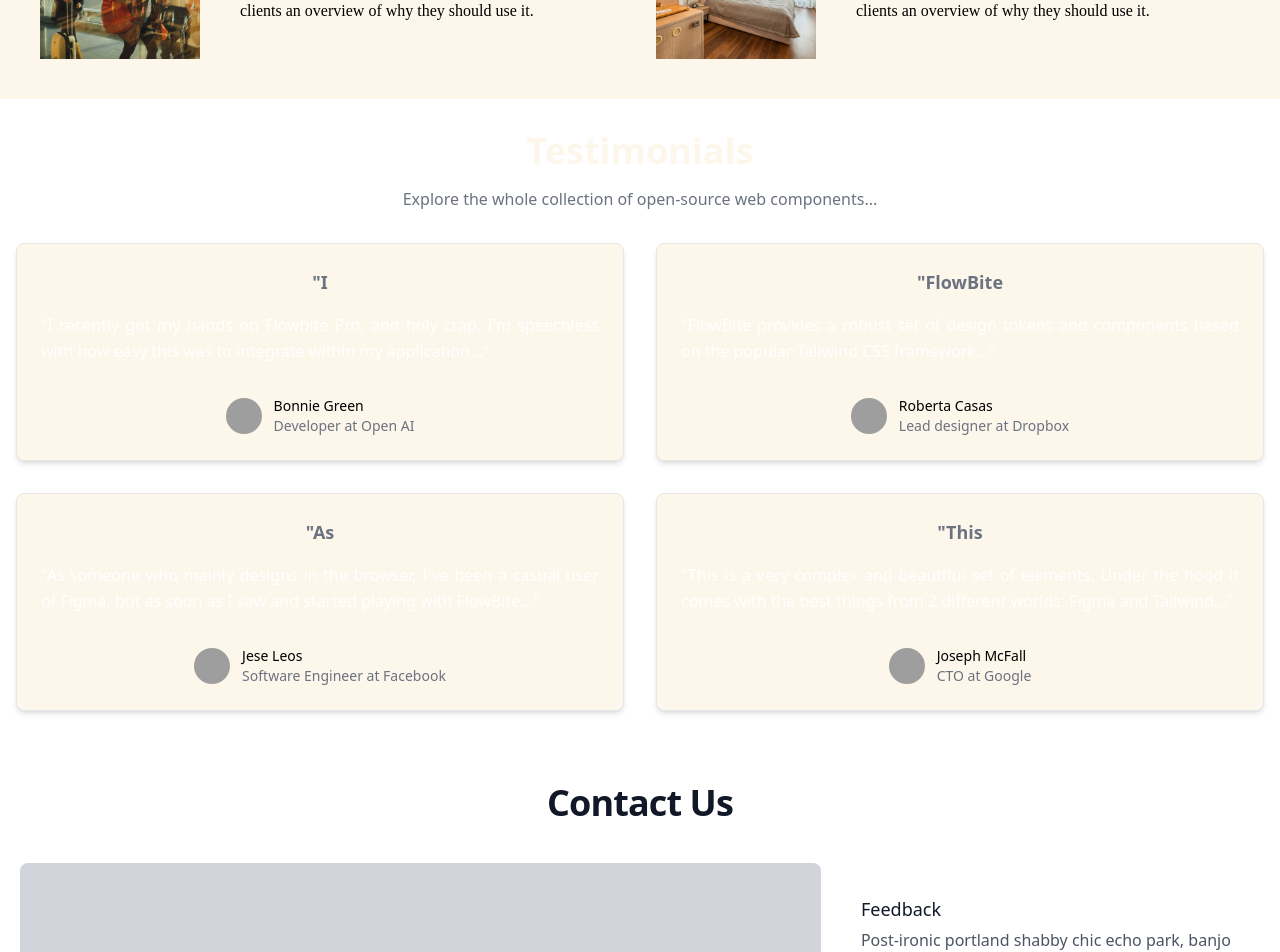
Repository: prabeshsitaula07/greatnepalholidays
Page: / (app in frontend/)
The author's editor kept a copy of each file at every save. The page is drawn from the files as they stood at one save, then again after the next save.
The browser window is 1280 px wide. The pictures show the part of the page from y = 3601 to 4553 px (the page is 7245 px tall).
Pictures or frames that could not be fetched are drawn as grey boxes. Some web fonts or font styles are not loaded; a fallback is used. The project was rebuilt for these pictures with package versions that can differ from the ones it lists, and the page was loaded fresh each time. Also part of the build but not shown: frontend/vite.config.ts. Imported but missing from the stored project, and not drawn on this page: frontend/src/assets/bgvideo.mp4.

Above is the page before, as saved 2024-11-23 11:26:53.

### frontend/index.html
<!doctype html>
<html lang="en">
  <head>
    <meta charset="UTF-8" />
    <link rel="icon" type="image/svg+xml" href="/icon.png" />
    <meta name="viewport" content="width=device-width, initial-scale=1.0" />
    <title>Vite + React + TS</title>
  </head>
  <body>
    <div id="root"></div>
    <script type="module" src="/src/main.tsx"></script>
  </body>
</html>

### frontend/src/index.css
@import url('https://fonts.googleapis.com/css2?family=Arima:wght@100..700&family=Parkinsans:wght@300..800&display=swap');

@tailwind base;
@tailwind components;
@tailwind utilities;

### frontend/src/App.tsx
import { BrowserRouter as Router, Routes, Route } from 'react-router-dom';
import Navbar from "./components/Navbar/Navbar";
import Home from "./components/Home/Home";
// import About from "./components/About/About"; // Example of another page
import Footer from "./components/Footer/Footer"; // Assuming you have a Footer component

export default function App() {
  return (
    <Router>
      <Navbar />  {/* Navbar is always visible */}
      <Routes>
        <Route path="/" element={<Home />} />
      </Routes>
      <Footer />
    </Router>
  );
}

### frontend/src/components/Navbar/Navbar.tsx
import { Link } from 'react-router-dom';
import { useState, useEffect } from 'react';
import { FaPhone, FaEnvelope } from 'react-icons/fa';
import logo1 from '../../assets/logo1.png';
import logo2 from '../../assets/logo2.png';

export default function Navbar() {
    const [isScrolled, setIsScrolled] = useState(false);

    // Detect scroll and update navbar background and position
    useEffect(() => {
        const handleScroll = () => {
            if (window.scrollY > 50) {
                setIsScrolled(true);  // Fix the navbar to the top when scrolled past 50px
            } else {
                setIsScrolled(false); // Keep the navbar in normal flow when at the top
            }
        };

        window.addEventListener('scroll', handleScroll);

        // Clean up the event listener on component unmount
        return () => {
            window.removeEventListener('scroll', handleScroll);
        };
    }, []);

    return (
        <>
            <div className='w-full bg-darktheme flex gap-10 px-10 py-2'>
                <span className='text-white flex items-center'>
                    <FaPhone className="mr-2" /> 0988848484
                </span>
                <span className='text-white flex items-center'>
                    <FaEnvelope className="mr-2" /> xyz@gmail.com
                </span>
            </div>

            <header
                className={`text-black body-font w-full z-20 transition-all duration-300 ${isScrolled ? 'fixed top-0 bg-white shadow-md' : 'bg-[#2f3c5ae8] text-white'}`}
            >

                <div className="container mx-auto flex flex-wrap p-5 flex-col md:flex-row items-center">
                    <div className="flex title-font font-medium items-center mb-4 md:mb-0 gap-10">
                        <Link to='/'>
                            <img src={logo1} alt="" className='h-14 w-auto' />
                        </Link>
                        <Link to='/'>
                            <img src={logo2} alt="" className='h-14 w-auto' />
                        </Link>
                    </div>
                    <nav className="md:ml-auto flex flex-wrap items-center justify-center text-lg">
                        <Link to='' className="mr-5 hover:text-orange">Home</Link>
                        <Link to='' className="mr-5 hover:text-orange">About Us</Link>
                        <Link to='' className="mr-5 hover:text-orange">Services</Link>
                        <Link to='' className="mr-5 hover:text-orange">Packages</Link>
                        <Link to='' className="mr-5 hover:text-orange">Activities</Link>
                        <Link to='' className="mr-5 hover:text-orange">Blogs</Link>
                    </nav>
                    <button className="inline-flex items-center text-primary bg-darkorange border border-darkorange py-1 px-3 focus:outline-none hover:bg-primary text-lg hover:text-darkorange rounded mt-4 md:mt-0">
                        Download Visa CheckList
                    </button>
                </div>
            </header>
        </>
    );
}

### frontend/src/components/Home/Home.tsx
import bgvideo from '../../assets/bgvideo.mp4';
import Contact from "../Contact/Contact";
import Gallery from "../AboutUs/Gallery";
import InternationalPackage from "../Package/InternationalPackage";
import NepalPackage from "../Package/NepalPackage";
import TripHandling from '../Services/TripHandling';
import Team from "../Team/Team";
import Testimonial from "../Testimonial/Testimonial";
import Activities from '../Package/Activities';

export default function Home() {
  return (
    <>
      <div className="relative w-full h-screen">
      {/* Video Background */}
      <video
        autoPlay
        loop
        muted
        className="absolute inset-0 w-full h-full object-cover"
      >
        <source
          src={bgvideo}
          type="video/mp4"
        />
        Your browser does not support the video tag.
      </video>

      {/* Dark Overlay */}
      <div
        className="absolute inset-0 bg-black opacity-50"
        style={{ backgroundColor: 'rgba(0, 0, 0, 0.5)' }} // Adjust opacity for darkness
      ></div>

      {/* Content over the video */}
      <div className="relative z-10 flex items-center justify-center w-full h-full">
        <h1 className="text-white text-6xl font-bold">Welcome to My Website</h1>
      </div>
    </div>
      <Activities />
      <div className='bg-primary'>
      <InternationalPackage />
      </div>
      <NepalPackage />
      <TripHandling />
      <Testimonial />
      <Contact />
      <Team />
      <Gallery />

    </>
  )
}

### frontend/src/components/AboutUs/Gallery.tsx
export default function Gallery() {
  return (
 <>
 <section className="text-gray-600 body-font">
 <h2 className="mt-10 text-4xl tracking-tight font-extrabold text-gray-900 dark:text-black text-center">Gallery</h2>
  <div className="container px-5 py-24 mx-auto flex flex-wrap">
    <div className="flex w-full mb-20 flex-wrap">
      <h1 className="sm:text-3xl text-2xl font-medium title-font text-gray-900 lg:w-1/3 lg:mb-0 mb-4">Master Cleanse Reliac Heirloom</h1>
      <p className="lg:pl-6 lg:w-2/3 mx-auto leading-relaxed text-base">Whatever cardigan tote bag tumblr hexagon brooklyn asymmetrical gentrify, subway tile poke farm-to-table. Franzen you probably haven't heard of them man bun deep jianbing selfies heirloom.</p>
    </div>
    <div className="flex flex-wrap md:-m-2 -m-1">
      <div className="flex flex-wrap w-1/2">
        <div className="md:p-2 p-1 w-1/2">
          <img alt="gallery" className="w-full object-cover h-full object-center block" src="https://dummyimage.com/500x300" />
        </div>
        <div className="md:p-2 p-1 w-1/2">
          <img alt="gallery" className="w-full object-cover h-full object-center block" src="https://dummyimage.com/501x301" />
        </div>
        <div className="md:p-2 p-1 w-full">
          <img alt="gallery" className="w-full h-full object-cover object-center block" src="https://dummyimage.com/600x360" />
        </div>
      </div>
      <div className="flex flex-wrap w-1/2">
        <div className="md:p-2 p-1 w-full">
          <img alt="gallery" className="w-full h-full object-cover object-center block" src="https://dummyimage.com/601x361" />
        </div>
        <div className="md:p-2 p-1 w-1/2">
          <img alt="gallery" className="w-full object-cover h-full object-center block" src="https://dummyimage.com/502x302" />
        </div>
        <div className="md:p-2 p-1 w-1/2">
          <img alt="gallery" className="w-full object-cover h-full object-center block" src="https://dummyimage.com/503x303" />
        </div>
      </div>
    </div>
  </div>
</section>
 </>
  )
}

### frontend/src/components/Package/InternationalPackage.tsx
export default function InternationalPackage() {
  const packages = [
    { imgSrc: "https://cdn.pixabay.com/photo/2015/10/06/18/26/eiffel-tower-975004_1280.jpg", category: "CATEGORY", title: "Paris", price: "$16.00" },
    { imgSrc: "https://cdn.pixabay.com/photo/2019/04/09/05/36/england-4113666_1280.jpg", category: "CATEGORY", title: "England", price: "$21.15" },
    { imgSrc: "https://cdn.pixabay.com/photo/2023/11/16/05/02/mountains-8391433_640.jpg", category: "CATEGORY", title: "Switzerland", price: "$12.00" },
    { imgSrc: "https://cdn.pixabay.com/photo/2020/06/13/17/58/mount-everest-5295184_640.jpg", category: "CATEGORY", title: "Mt Everest", price: "$21.15" },
    { imgSrc: "https://cdn.pixabay.com/photo/2020/08/10/01/28/castle-5476737_640.jpg", category: "CATEGORY", title: "Japan", price: "$18.40" },
    { imgSrc: "https://cdn.pixabay.com/photo/2023/10/18/00/59/mountain-8322610_640.jpg", category: "CATEGORY", title: "USA", price: "$16.00" },
  ];

  return (
    <section className="text-gray-600 body-font bg-transparent">
      <h2 className="pt-10 text-4xl tracking-tight font-extrabold text-gray-900 dark:text-black text-center">
        Best Selling International Packages
      </h2>
      <h4 className="text-center text-xl text-darkorange font-semibold mt-2">
        Enjoy the exclusive package tours with us.
      </h4>
      <div className="container px-5 py-10 mx-auto">
        <div className="grid gap-6 sm:grid-cols-1 md:grid-cols-2 lg:grid-cols-3">
          {packages.map((pkg, index) => (
            <div
              key={index}
              className="hover:cursor-pointer transform transition duration-300 ease-in-out hover:scale-105 hover:shadow-lg"
            >
              <a className="block relative h-80 overflow-hidden">
                <img
                  alt={pkg.title}
                  className="object-cover object-center w-full h-full block"
                  src={pkg.imgSrc}
                />
              </a>
              <div className="p-4 border border-darkorange">
                <h3 className="text-gray-500 text-xs tracking-widest title-font mb-1">
                  {pkg.category}
                </h3>
                <h2 className="text-gray-900 title-font text-lg font-medium">
                  {pkg.title}
                </h2>
                <p className="mt-1 text-darkorange">{pkg.price}</p>
              </div>
            </div>
          ))}
        </div>
      </div>
    </section>
  );
}

### frontend/src/components/Package/NepalPackage.tsx
export default function NepalPackage() {
  const packages = [
    { imgSrc: "https://cdn.pixabay.com/photo/2015/10/06/18/26/eiffel-tower-975004_1280.jpg", category: "CATEGORY", title: "Paris", price: "$16.00" },
    { imgSrc: "https://cdn.pixabay.com/photo/2019/04/09/05/36/england-4113666_1280.jpg", category: "CATEGORY", title: "England", price: "$21.15" },
    { imgSrc: "https://cdn.pixabay.com/photo/2023/11/16/05/02/mountains-8391433_640.jpg", category: "CATEGORY", title: "Switzerland", price: "$12.00" },
  ];

  return (
    <section className="text-gray-600 body-font">
      <h2 className="pt-10 text-4xl tracking-tight font-extrabold text-gray-900 dark:text-black text-center">
        Best Selling Nepal Packages
      </h2>
      <h4 className="text-center text-xl text-darkorange font-semibold mt-2">
        Enjoy the exclusive package tours with us.
      </h4>
      <div className="container px-5 py-10 mx-auto">
        <div className="grid gap-6 sm:grid-cols-1 md:grid-cols-2 lg:grid-cols-3">
          {packages.map((pkg, index) => (
            <div
              key={index}
              className="hover:cursor-pointer transform transition duration-300 ease-in-out hover:scale-105 hover:shadow-lg"
            >
              <a className="block relative h-80 overflow-hidden">
                <img
                  alt={pkg.title}
                  className="object-cover object-center w-full h-full block"
                  src={pkg.imgSrc}
                />
              </a>
              <div className="p-4 border">
                <h3 className="text-gray-500 text-xs tracking-widest title-font mb-1">
                  {pkg.category}
                </h3>
                <h2 className="text-gray-900 title-font text-lg font-medium">
                  {pkg.title}
                </h2>
                <p className="mt-1 text-darkorange">{pkg.price}</p>
              </div>
            </div>
          ))}
        </div>
      </div>
    </section>
  );
}

### frontend/src/components/Services/TripHandling.tsx
import img2 from '../../assets/2.png';
import img3 from '../../assets/3.png';
import img4 from '../../assets/4.png';

export default function TripHandling() {
    const services = [
      { title: "Flight Booking", imgSrc: img2, description: "Share your service offerings here. Give your prospective clients an overview of why they should use it." },
      { title: "Hotel Booking", imgSrc: img2, description: "Share your service offerings here. Give your prospective clients an overview of why they should use it." },
      { title: "Car Rental", imgSrc: img3, description: "Share your service offerings here. Give your prospective clients an overview of why they should use it." },
      { title: "Tour Packages", imgSrc: img4, description: "Share your service offerings here. Give your prospective clients an overview of why they should use it." },
    ];

    return (
      <div className="bg-primary h-fit flex justify-center flex-col items-center p-10">
          <h2 className="mb-10 text-4xl tracking-tight font-extrabold text-darkorange text-center font-parkinsans">We Will Handle Trip For You</h2>
          <div className="grid grid-cols-2 gap-8">
              {services.map((service, index) => (
                <div key={index} className="flex gap-10 items-center">
                  <img className="h-40 w-40" src={service.imgSrc} alt={service.title} />
                  <div>
                      <h3 className="font-semibold pb-2 text-2xl text-black">{service.title}</h3>
                      <p className="font-parkinsans text-black">{service.description}</p>
                  </div>
                </div>
              ))}
          </div>
      </div>
    );
  }

### frontend/src/components/Testimonial/Testimonial.tsx
export default function Testimonial() {
    const testimonials = [
      {
        name: "Bonnie Green",
        title: "Developer at Open AI",
        image: "https://flowbite.s3.amazonaws.com/blocks/marketing-ui/avatars/karen-nelson.png",
        quote: `"I recently got my hands on Flowbite Pro, and holy crap, I'm speechless with how easy this was to integrate within my application..."`,
      },
      {
        name: "Roberta Casas",
        title: "Lead designer at Dropbox",
        image: "https://flowbite.s3.amazonaws.com/blocks/marketing-ui/avatars/roberta-casas.png",
        quote: `"FlowBite provides a robust set of design tokens and components based on the popular Tailwind CSS framework..."`,
      },
      {
        name: "Jese Leos",
        title: "Software Engineer at Facebook",
        image: "https://flowbite.s3.amazonaws.com/blocks/marketing-ui/avatars/jese-leos.png",
        quote: `"As someone who mainly designs in the browser, I've been a casual user of Figma, but as soon as I saw and started playing with FlowBite..."`,
      },
      {
        name: "Joseph McFall",
        title: "CTO at Google",
        image: "https://flowbite.s3.amazonaws.com/blocks/marketing-ui/avatars/joseph-mcfall.png",
        quote: `"This is a very complex and beautiful set of elements. Under the hood it comes with the best things from 2 different worlds: Figma and Tailwind..."`,
      },
    ];

    return (
      <section className="bg-white py-8 px-4 m-auto max-w-screen-xl text-center">
        <h2 className="mb-4 text-4xl font-extrabold text-primary dark:text-black">Testimonials</h2>
        <p className="mb-8 text-gray-500 dark:text-gray-400">Explore the whole collection of open-source web components...</p>
        <div className="grid gap-8 lg:grid-cols-2">
          {testimonials.map(({ name, title, image, quote }, index) => (
            <div
              key={index}
              className="flex flex-col justify-between items-center p-6 border rounded-lg shadow-md bg-primary border- dark:shadow-lg"
            >
              <blockquote className="mb-4 text-gray-500 dark:text-gray-400">
                <h3 className="text-lg font-semibold dark:text-primary">{quote.split(" ")[0]}</h3>
                <p className="my-4 text-justify leading-relaxed text-white">{quote}</p>
              </blockquote>
              <figcaption className="flex justify-center items-center space-x-3">
                <img className="w-9 h-9 rounded-full" src={image} alt={`${name} profile`} />
                <div className="text-left text-sm font-light dark:text-white">
                  <div>{name}</div>
                  <div className="text-sm text-gray-500 dark:text-gray-400">{title}</div>
                </div>
              </figcaption>
            </div>
          ))}
        </div>
      </section>
    );
  }

### frontend/src/components/Package/Activities.tsx
export default function Activities() {
    const packages = [
      { imgSrc: "https://cdn.pixabay.com/photo/2015/10/06/18/26/eiffel-tower-975004_1280.jpg", category: "CATEGORY", title: "Paris", price: "$16.00" },
      { imgSrc: "https://cdn.pixabay.com/photo/2019/04/09/05/36/england-4113666_1280.jpg", category: "CATEGORY", title: "England", price: "$21.15" },
      { imgSrc: "https://cdn.pixabay.com/photo/2023/11/16/05/02/mountains-8391433_640.jpg", category: "CATEGORY", title: "Switzerland", price: "$12.00" },
    ];

    return (
      <section className="text-gray-600 body-font">
        <h2 className="pt-10 text-4xl tracking-tight font-extrabold text-gray-900 dark:text-black text-center">
          Nepal Best Seller Trips
        </h2>
        <h4 className="text-center text-xl text-darkorange font-semibold mt-2">
          Popular Things to do in Nepal.
        </h4>
        <div className="container px-5 py-10 mx-auto">
          <div className="grid gap-6 sm:grid-cols-1 md:grid-cols-2 lg:grid-cols-3">
            {packages.map((pkg, index) => (
              <div
                key={index}
                className="hover:cursor-pointer transform transition duration-300 ease-in-out hover:scale-105 hover:shadow-lg"
              >
                <a className="block relative h-80 overflow-hidden">
                  <img
                    alt={pkg.title}
                    className="object-cover object-center w-full h-full block"
                    src={pkg.imgSrc}
                  />
                </a>
                <div className="p-4 border">
                  <h3 className="text-gray-500 text-xs tracking-widest title-font mb-1">
                    {pkg.category}
                  </h3>
                  <h2 className="text-gray-900 title-font text-lg font-medium">
                    {pkg.title}
                  </h2>
                  <p className="mt-1 text-darkorange">{pkg.price}</p>
                </div>
              </div>
            ))}
          </div>
        </div>
      </section>
    );
  }

Loaded but not shown: frontend/src/main.tsx (common file); frontend/tailwind.config.js (21 lines, source omitted); frontend/src/components/Footer/Footer.tsx (125 lines, source omitted); frontend/src/components/Team/Team.tsx (102 lines, source omitted); frontend/src/components/Contact/Contact.tsx (51 lines, source omitted)

After the next save:
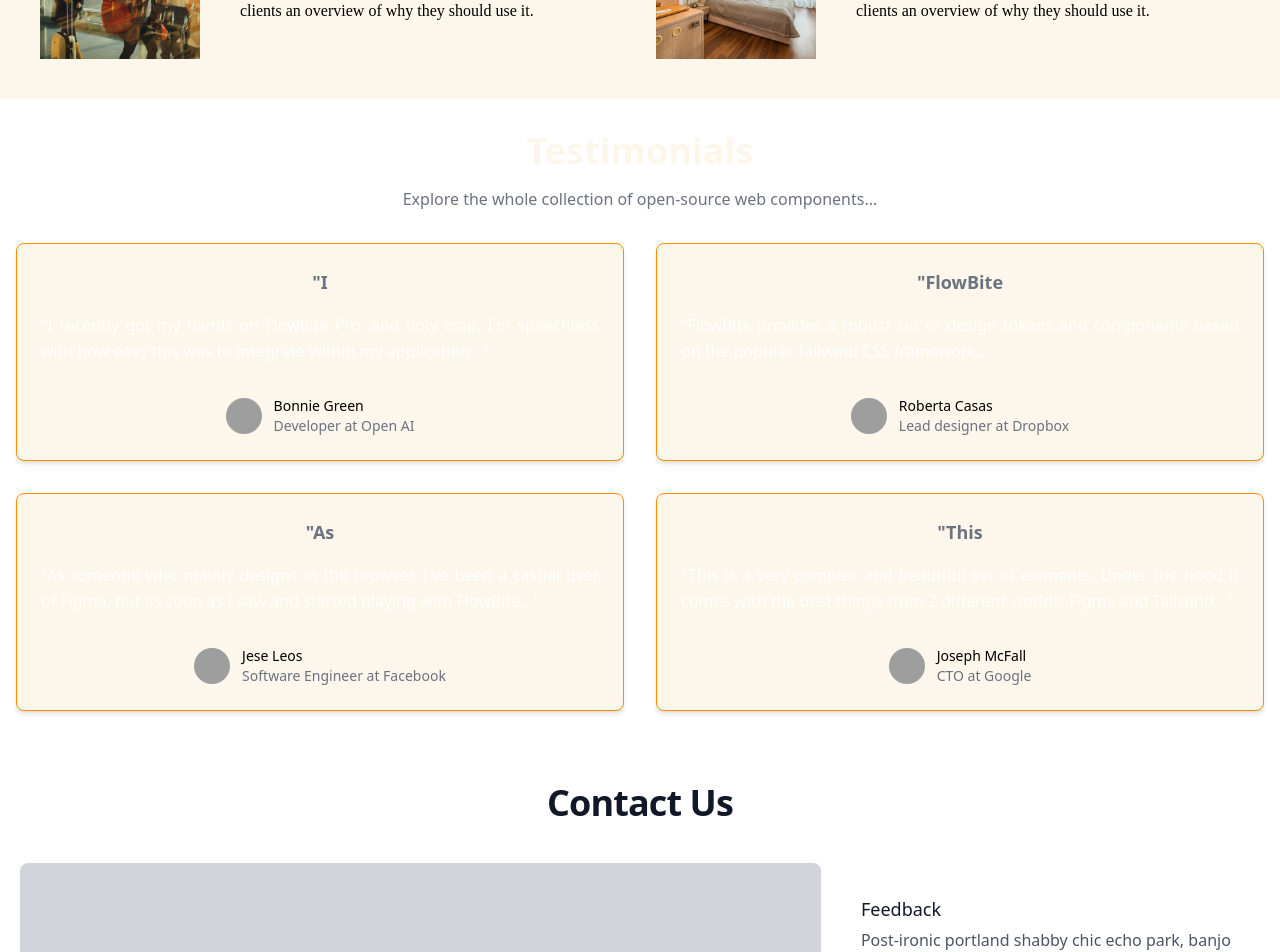
Saved 5 s later.
--- a/frontend/src/components/Testimonial/Testimonial.tsx
+++ b/frontend/src/components/Testimonial/Testimonial.tsx
@@ -34,7 +34,7 @@ export default function Testimonial() {
           {testimonials.map(({ name, title, image, quote }, index) => (
             <div
               key={index}
-              className="flex flex-col justify-between items-center p-6 border rounded-lg shadow-md bg-primary border- dark:shadow-lg"
+              className="flex flex-col justify-between items-center p-6 border rounded-lg shadow-md bg-primary border-darkorange dark:shadow-lg"
             >
               <blockquote className="mb-4 text-gray-500 dark:text-gray-400">
                 <h3 className="text-lg font-semibold dark:text-primary">{quote.split(" ")[0]}</h3>
